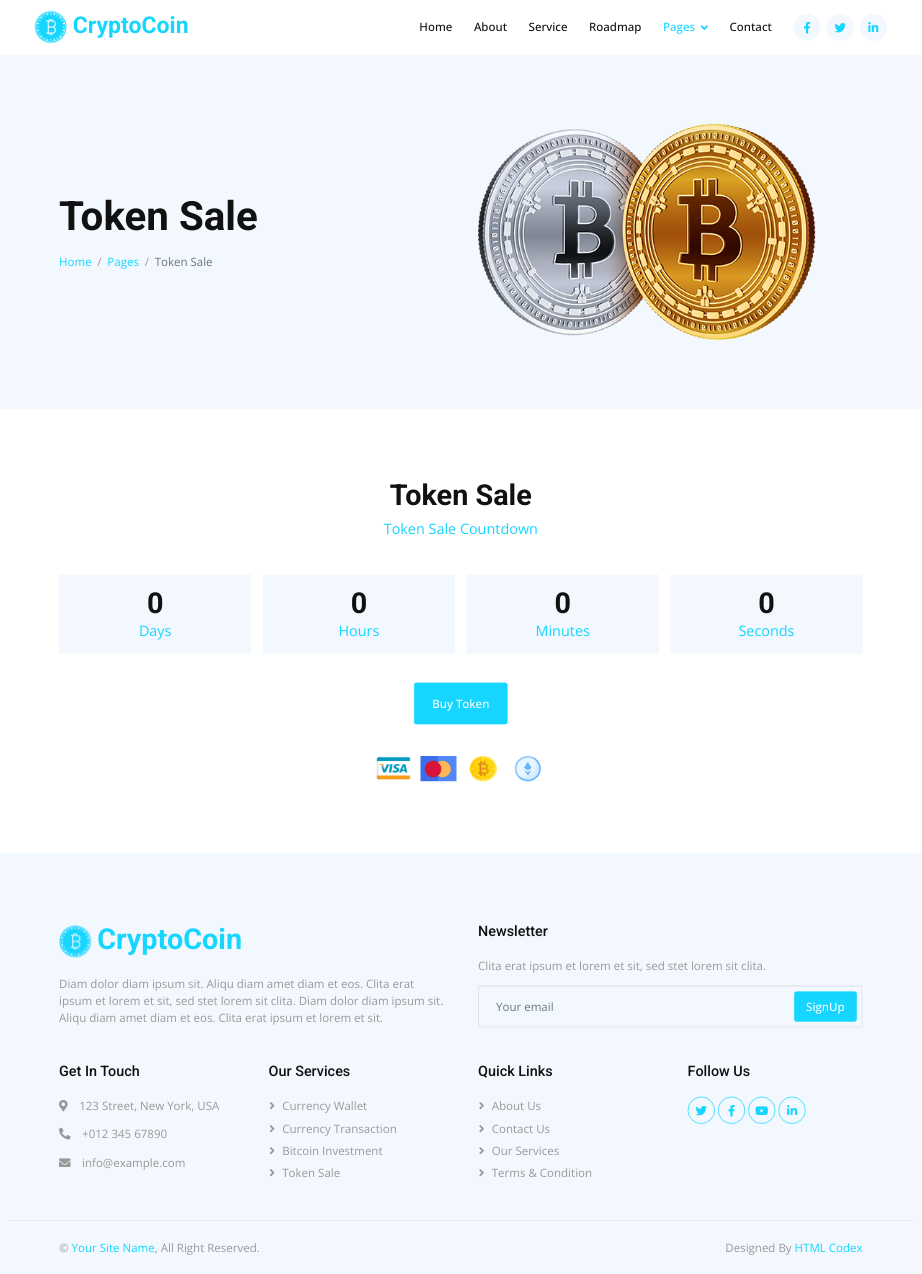
Repository: meenadabhii/nexacrypto
Page: token.html
An editor plug-in stored every save of this project. The page is shown before and after the next save, followed by the edit.
The browser window is 1280 px wide. The pictures show the whole page, at 72% of full size.
Some web libraries are served in a nearby version.

Above is the page before, as saved 2025-03-21 17:03:03.

After the next save:
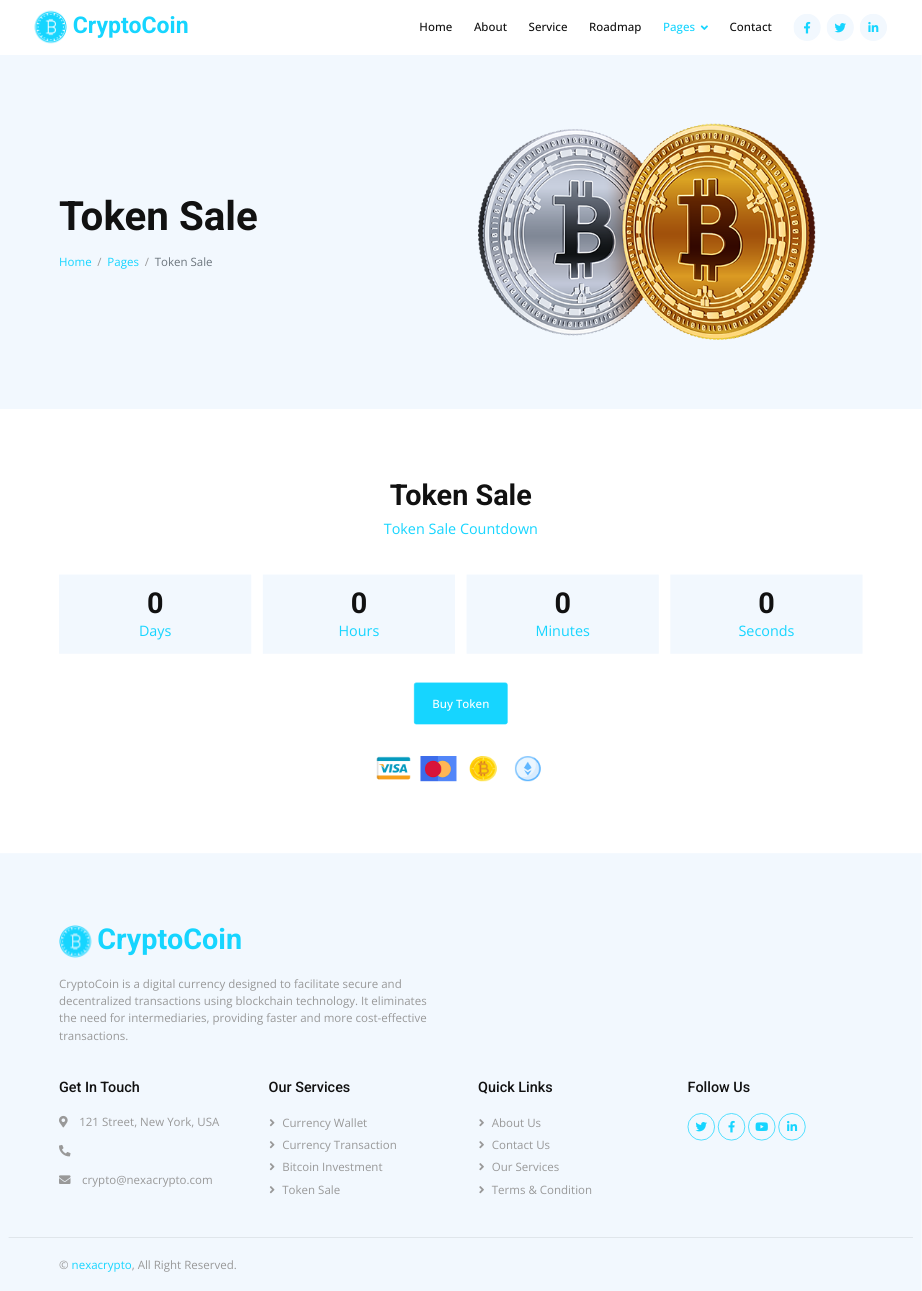
Saved 94 s later.
--- a/token.html
+++ b/token.html
@@ -150,21 +150,15 @@
             <div class="row g-5">
                 <div class="col-md-6">
                     <h1 class="text-primary mb-4"><img class="img-fluid me-2" src="img/icon-1.png" alt="" style="width: 45px;">CryptoCoin</h1>
-                    <span>Diam dolor diam ipsum sit. Aliqu diam amet diam et eos. Clita erat ipsum et lorem et sit, sed stet lorem sit clita. Diam dolor diam ipsum sit. Aliqu diam amet diam et eos. Clita erat ipsum et lorem et sit.</span>
+                    <span>CryptoCoin is a digital currency designed to facilitate secure and decentralized transactions using blockchain technology. It eliminates the need for intermediaries, providing faster and more cost-effective transactions.</span>
                 </div>
                 <div class="col-md-6">
-                    <h5 class="mb-4">Newsletter</h5>
-                    <p>Clita erat ipsum et lorem et sit, sed stet lorem sit clita.</p>
-                    <div class="position-relative">
-                        <input class="form-control bg-transparent w-100 py-3 ps-4 pe-5" type="text" placeholder="Your email">
-                        <button type="button" class="btn btn-primary py-2 px-3 position-absolute top-0 end-0 mt-2 me-2">SignUp</button>
-                    </div>
                 </div>
                 <div class="col-lg-3 col-md-6">
                     <h5 class="mb-4">Get In Touch</h5>
-                    <p><i class="fa fa-map-marker-alt me-3"></i>123 Street, New York, USA</p>
-                    <p><i class="fa fa-phone-alt me-3"></i>+012 345 67890</p>
-                    <p><i class="fa fa-envelope me-3"></i>info@example.com</p>
+                    <p><i class="fa fa-map-marker-alt me-3"></i>121 Street, New York, USA</p>
+                    <p><i class="fa fa-phone-alt me-3"></i></p>
+                    <p><i class="fa fa-envelope me-3"></i>crypto@nexacrypto.com</p>
                 </div>
                 <div class="col-lg-3 col-md-6">
                     <h5 class="mb-4">Our Services</h5>
@@ -195,12 +189,9 @@
             <div class="container">
                 <div class="row">
                     <div class="col-md-6 text-center text-md-start mb-3 mb-md-0">
-                        &copy; <a href="#">Your Site Name</a>, All Right Reserved.
-                    </div>
-                    <div class="col-md-6 text-center text-md-end">
-                        <!--/*** This template is free as long as you keep the footer author’s credit link/attribution link/backlink. If you'd like to use the template without the footer author’s credit link/attribution link/backlink, you can purchase the Credit Removal License from "https://htmlcodex.com/credit-removal". Thank you for your support. ***/-->
-                        Designed By <a href="https://htmlcodex.com">HTML Codex</a>
-                    </div>
+                        &copy; <a href="#">nexacrypto</a>, All Right Reserved.
+                    </div>
+
                 </div>
             </div>
         </div>
